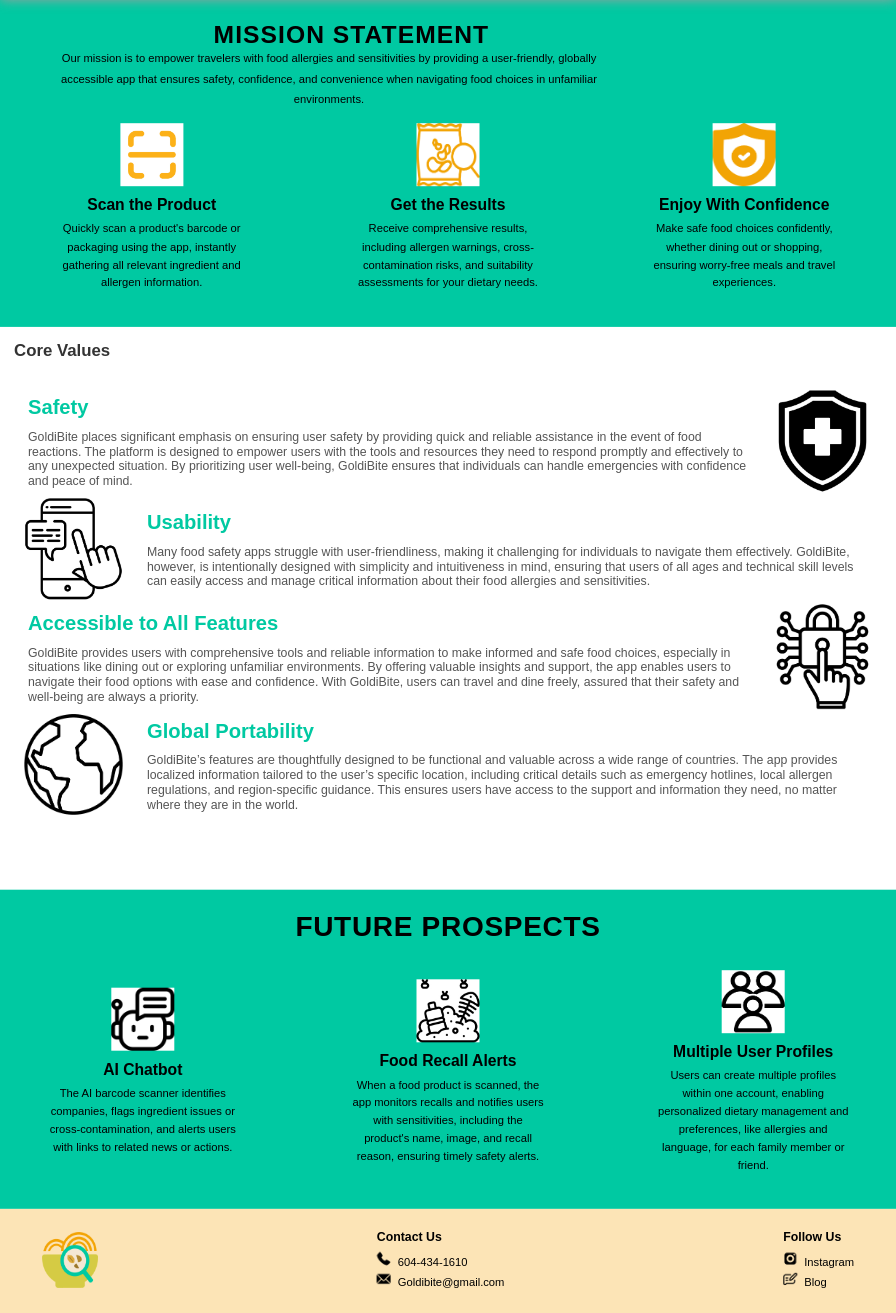
Repository: GavinPahal/landingpage
Page: /
The author's editor kept a copy of each file at every save. The page is drawn from the files as they stood at one save, then again after the next save.
The browser window is 1280 px wide. The pictures show the part of the page from y = 720 to 2596 px (the page is 2596 px tall), at 70% of full size.
The project was rebuilt for these pictures with package versions that can differ from the ones it lists, and the page was loaded fresh each time. The framework's server and built-in components were replaced by stand-ins that run in the browser. Also part of the build but not shown: next.config.mjs.

Above is the page before, as saved 2024-11-30 20:44:25.

### pages/_app.js
// pages/_app.js
import "@/styles/globals.css"; // Import the global CSS file

function MyApp({ Component, pageProps }) {
  return <Component {...pageProps} />;
}

export default MyApp;

### pages/index.js
// pages/index.js
import Hero from "../components/Hero";
import Features from "../components/Features";
import Footer from "../components/Footer";
import Product from "../components/Product"
import Value from "../components/Value"

export default function Home() {
  return (
    <div>
      <Hero />
      <Features />
      <Value />
      <Product />
      <Footer />
    </div>
  );
}

### styles/globals.css
/* Global Styles */
* {
  margin: 0;
  padding: 0;
  box-sizing: border-box;
}

body {
  font-family: Arial, sans-serif;
  color: #333;
  overflow-x: hidden; /* Prevent horizontal overflow */
}

/* Hero Section */
.hero {
  display: flex;
  position: relative;
  height: 100vh;
  width: 100%;
  background-color: #2d2d2d;
}

.imageWrapper {
  position: relative;
  width: 100%;
  height: 100%;
}

.imageContainer {
  position: absolute;
  top: 0;
  left: 0;
  width: 100%;
  height: 100%;
  filter: blur(8px);
  object-fit: cover;
}

.overlay {
  position: absolute;
  top: 0;
  left: 0;
  width: 100%;
  height: 100%;
  background: rgba(0, 0, 0, 0.7);
  color: white;
  display: flex;
  flex-direction: column;
  justify-content: center;
  align-items: flex-start;
  padding: 60px 40px;
  text-align: left;
  z-index: 1;
}

.heroTitle {
  display: flex;
  align-items: center;
  margin-bottom: 40px;
}

.heroTitle img {
  margin-right: 20px;
  margin-top: 20px;
}

.heroTitle h1 {
  font-size: 2rem;
  font-weight: bold;
  color: #ffffff;
  text-transform: uppercase;
}

/* Tagline Styles */
.tagline {
  font-size: 5rem;
  font-weight: bold;
  margin-bottom: 0;
  color: #ffffff;
  text-shadow: 3px 3px 5px rgba(0, 0, 0, 0.8);
  line-height: 1.1;
  letter-spacing: 1.5px;
  display: block;
  max-width: 100%;
}

.bestNature,
.appEver {
  display: block;
  font-size: 3rem;
}

/* Subhead Lines */
.subTagline {
  font-size: 1.3rem;
  margin-top: 20px;
  margin-bottom: 40px;
  line-height: 1.6;
  max-width: 600px;
  color: white;
  text-align: center;
}

/* Individual Subhead Classes */
.demoText {
  font-size: 1.4rem;
  color: #ffffff;
  font-weight: 600;
  margin-bottom: 10px;
  display: block;
}

.natureText {
  font-size: 1.2rem;
  color: #ffffff;
  margin-top: 10px;
  font-weight: 400;
  display: block;
  letter-spacing: 0.5px;
  font-style: italic;
  margin-left: 0px;
}

/* CTA Button */
.ctaButton {
  background-color: #00C9A2;
  color: #ffffff;
  padding: 15px 40px;
  font-size: 1.4rem;
  border: none;
  border-radius: 50px;
  margin-top: 60px;
  cursor: pointer;
  transition: background-color 0.3s, transform 0.3s;
  text-decoration: none;
  box-shadow: 0 4px 6px rgba(0, 0, 0, 0.15);
}

.ctaButton:hover {
  background-color: #035343;
  transform: scale(1.05);
}

.ctaButton:focus {
  outline: none;
}

.rightImageWrapper {
  position: absolute;
  left: 62%;
  bottom: 0;
  width: 400px;
  z-index: 2;
  margin-top: 100px;
}

.rightImageContainer img {
  width: 100%;
  border-radius: 8px;
  object-fit: cover;
}

/* Mission Statement Section */
.missionStatement {
  color: rgb(0, 0, 0);
  text-align: center;
  border-radius: 10px;
  max-width: 900px;
}

.missionStatement h1 {
  font-size: 2.2rem;
  margin-left: 4rem;
  font-weight: bold;
  text-transform: uppercase;
  letter-spacing: 1.5px;
}

.missionStatement p {
  font-size: 1rem;
  line-height: 1.8;
  color: #000000;
  max-width: 800px;
  margin: 0 auto;
}

/* Features Section */
.features {
  padding: 30px 20px;
  text-align: center;
  background-color: #00C9A2;
}

.features h2 {
  font-size: 2.5rem;
  font-weight: bold;
  color: #000000;
  margin-bottom: 20px;
  text-transform: uppercase;
  letter-spacing: 1px;
}

.infoCards {
  display: flex;
  flex-wrap: wrap;
  justify-content: space-around;
  gap: 30px;
}

.card {
  text-align: center;
  margin: 0 auto;
  padding: 20px;
}

.card img {
  margin-bottom: 10px;
  width: 90px;
  height: 90px;
  transition: transform 0.3s;
}

.card img:hover {
  transform: scale(1.1);
}

.card h3 {
  font-size: 1.4rem;
  font-weight: 600;
  color: #000000;
  margin-bottom: 8px;
}

.card p {
  font-size: 1rem;
  line-height: 1.6;
  color: #000000;
  max-width: 280px;
  margin: 0 auto;
}

/* Footer Section */
.footer {
  background: #FCE4B6;
  color: rgb(0, 0, 0);
  padding: 30px 20px;
}

.footer-content {
  display: flex;
  justify-content: space-between;
  align-items: center;
  max-width: 1200px;
  margin: 0 auto;
  padding: 0 20px;
}

.footer-contact,
.footer-social {
  text-align: left;
}

.footer-contact h3,
.footer-social h3 {
  font-size: 1.1rem;
  margin-bottom: 10px;
}

.footer-contact p,
.footer-social p {
  font-size: 1rem;
  margin: 5px 0;
}

.footer-contact p a,
.footer-social p a {
  text-decoration: none;
  color: black;
}

.contact-icon,
.social-icon {
  margin-right: 10px;
}

/* Core Values Section */
.coreValues {
  display: flex;
  flex-direction: column;
  gap: 40px; /* Adjusted gap between value cards */
  padding: 20px;
  margin-bottom: 80px;
}

.valueCard {
  display: flex;
  flex-wrap: wrap;
  justify-content: space-between;
  align-items: center;
  gap: 20px;
  margin-bottom: 60px; /* Adjusted margin-bottom */
}

.textContent {
  flex: 1;
  padding: 10px;
}

.textContent h3 {
  color: #00C9A2;
  font-size: 1.8rem;
  margin-bottom: 15px;
}

.textContent p {
  font-size: 1.1rem;
  color: #555;
}

.imageContent img {
  max-width: 220px;
}

/* Responsive Design */
@media (max-width: 1024px) {
  .hero {
    flex-direction: column;
  }

  .imageWrapper {
    width: 100%;
    height: 60%; /* Adjust for smaller screens */
  }

  .overlay {
    padding: 40px 30px;
  }

  .heroTitle h1 {
    font-size: 1.8rem;
  }

  .tagline {
    font-size: 4.5rem;
  }

  .subTagline {
    font-size: 1.2rem;
  }

  .ctaButton {
    font-size: 1.2rem;
    padding: 12px 30px;
  }

  .rightImageWrapper {
    position: absolute;
    left: 50%;
    bottom: 10%;
    width: 70%;
    margin-top: 0;
    transform: translateX(-50%);
  }

  .missionStatement {
    padding: 30px 15px;
  }

  .features h2 {
    font-size: 2.2rem;
  }

  .infoCards {
    flex-direction: column;
    gap: 20px;
  }

  .card img {
    width: 80px;
    height: 80px;
  }

  .coreValues {
    padding: 20px;
  }

  .valueCard {
    flex-direction: column;
  }

  .textContent h3 {
    font-size: 1.6rem;
  }

  .textContent p {
    font-size: 1rem;
  }
}

@media (max-width: 430px) {
  .heroTitle h1 {
    font-size: 1.4rem;
  }

  .tagline {
    font-size: 3rem;
  }

  .ctaButton {
    font-size: 1rem;
    padding: 10px 20px;
  }

  .rightImageWrapper {
    width: 80%;
  }

  .missionStatement {
    padding: 20px;
  }

  .features h2 {
    font-size: 1.8rem;
  }

  .infoCards {
    flex-direction: column;
    gap: 10px;
  }

  .card img {
    width: 70px;
    height: 70px;
  }

  .footer-content {
    flex-direction: column;
    align-items: center;
  }

  .coreValues .valueCard {
    flex-direction: column;
  }

  .textContent h3 {
    font-size: 1.4rem;
  }

  .textContent p {
    font-size: 1rem;
  }
}

### components/Hero.js
import Image from "next/image";

export default function Hero() {
  return (
    <section className="hero">
      <div className="imageWrapper">
        <div className="imageContainer">
          <Image
            src="/images/grocey.jpg"
            alt="Nature Image"
            layout="fill"
            objectFit="cover"
          />
        </div>
        <div className="overlay">
          <div className="heroTitle">
            <Image
              src="/images/logo.webp"
              alt="Goldibite Logo"
              width={50}
              height={50}
            />
            <h1>Goldibite</h1>
          </div>
          <p className="tagline">
            <span className="bestNature">YOUR BUDDY FOR</span>
            <span className="appEver">FOOD SAFETY</span>
          </p>
          <p className="subTagline">
            <span className="demoText">Get a demo and try our new app.</span>
            <span className="natureText">The Right Bite, Every Time</span>
          </p>
          <a href="#demo" className="ctaButton">
            TRY DEMO
          </a>
        </div>
      </div>

      <div className="rightImageWrapper">
        <div className="rightImageContainer">
          <Image
            src="/images/phone.png"
            alt="New Image"
            layout="intrinsic"
            width={500}
            height={500}
          />
        </div>
      </div>
    </section>
  );
}

### components/Features.js
import Image from "next/image";

export default function Features() {
  return (
    <section className="features">
      {/* Mission Statement Section */}
      <section class="missionStatement">
  <h1>Mission Statement</h1>
  <p>
    Our mission is to empower travelers with food allergies and sensitivities by providing a user-friendly, globally accessible app that ensures safety, confidence, and convenience when navigating food choices in unfamiliar environments.
  </p>
</section>


      <div className="infoCards">
        {/* Feature 1 */}
        <div className="card">
          <div className="iconWrapper">
            <Image
              src="/images/iconamoon_scanner (1).jpg"
              alt="Feature 1"
              width={120}
              height={120}
            />
          </div>
          <h3>Scan the Product</h3>
          <p>
            Quickly scan a product's barcode or packaging using the app, instantly gathering all relevant ingredient and allergen information.
          </p>
        </div>
        {/* Feature 2 */}
        <div className="card">
          <div className="iconWrapper">
            <Image
              src="/images/magnifying.jpg"
              alt="Feature 2"
              width={120}
              height={120}
            />
          </div>
          <h3>Get the Results</h3>
          <p>
            Receive comprehensive results, including allergen warnings, cross-contamination risks, and suitability assessments for your dietary needs.
          </p>
        </div>
        {/* Feature 3 */}
        <div className="card">
          <div className="iconWrapper">
            <Image
              src="/images/Confident.jpg"
              alt="Feature 3"
              width={120}
              height={120}
            />
          </div>
          <h3>Enjoy With Confidence</h3>
          <p>
            Make safe food choices confidently, whether dining out or shopping, ensuring worry-free meals and travel experiences.
          </p>
        </div>
      </div>
    </section>
  );
}

### components/Footer.js
import React from "react";
import Image from "next/image";

export default function Footer() {
  return (
    <footer className="footer">
      <div className="footer-content">
        <div className="footer-logo">
          <a href="#" aria-label="Goldibite Home">
            <Image
              src="/images/logo.webp"
              alt="Goldibite Logo"
              width={80}
              height={80}
            />
          </a>
        </div>
        <div className="footer-contact">
          <h3>Contact Us</h3>
          <p>
            <a href="tel:6044341610" aria-label="Call Goldibite">
              <Image
                src="/images/phone-call.png"
                alt="Phone Icon"
                width={20}
                height={20}
                className="contact-icon"
              />
              604-434-1610
            </a>
          </p>
          <p>
            <a href="mailto:Goldibite@gmail.com" aria-label="Email Goldibite">
              <Image
                src="/images/email.png"
                alt="Email Icon"
                width={20}
                height={20}
                className="contact-icon"
              />
              Goldibite@gmail.com
            </a>
          </p>
        </div>
        <div className="footer-social">
          <h3>Follow Us</h3>
          <p>
            <a
              href="https://www.instagram.com"
              target="_blank"
              rel="noopener noreferrer"
              aria-label="Goldibite Instagram"
            >
              <Image
                src="/images/social-media.png"
                alt="Instagram Icon"
                width={20}
                height={20}
                className="social-icon"
              />
              Instagram
            </a>
          </p>
          <p>
            <a href="/blog" aria-label="Goldibite Blog">
              <Image
                src="/images/blog.png"
                alt="Blog Icon"
                width={20}
                height={20}
                className="social-icon"
              />
              Blog
            </a>
          </p>
        </div>
      </div>
    </footer>
  );
}

### components/Product.js
import Image from "next/image";

export default function Features() {
  return (
    <section className="features">
      <h2>Future Prospects</h2>
      <div
        className="infoCards"
        style={{ gap: "20px", display: "flex", alignItems: "center" }}
      >
        <div className="card" style={{ margin: "0 10px" }}>
          <Image
            src="/images/chatbot.jpg"
            alt="Feature 1"
            width={125}
            height={125}
          />
          <h3>AI Chatbot</h3>
          <p>
            The AI barcode scanner identifies companies, flags ingredient issues
            or cross-contamination, and alerts users with links to related news
            or actions.
          </p>
        </div>

        {/* Arrow */}
        <div className="arrow"></div>

        <div className="card" style={{ margin: "0 10px" }}>
          <Image
            src="/images/trash.jpg"
            alt="Feature 2"
            width={125}
            height={125}
          />
          <h3>Food Recall Alerts</h3>
          <p>
            When a food product is scanned, the app monitors recalls and
            notifies users with sensitivities, including the product's name,
            image, and recall reason, ensuring timely safety alerts.
          </p>
        </div>

        {/* Arrow */}
        <div className="arrow"></div>

        <div className="card" style={{ margin: "0 10px" }}>
          <Image
            src="/images/profile 1.jpg"
            alt="Feature 3"
            width={125}
            height={125}
          />
          <h3>Multiple User Profiles</h3>
          <p>
            Users can create multiple profiles within one account, enabling
            personalized dietary management and preferences, like allergies and
            language, for each family member or friend.
          </p>
        </div>
      </div>
    </section>
  );
}

### components/Value.js
import Image from "next/image";

export default function Features() {
  return (
    <section className="coreValues">
      <div className="coreMission">
        <h1>Core Values</h1>
      </div>

      <div className="valueCards">
        <div className="valueCard" style={{ margin: "0 10px" }}>
          <div className="textContent">
            <h3>Safety</h3>
            <p>
              GoldiBite places significant emphasis on ensuring user safety by providing quick and reliable assistance in the event of food reactions. The platform is designed to empower users with the tools and resources they need to respond promptly and effectively to any unexpected situation. By prioritizing user well-being, GoldiBite ensures that individuals can handle emergencies with confidence and peace of mind.
            </p>
          </div>
          <div className="imageContent">
            <Image
              src="/images/health-insurance.jpg"
              alt="Feature 1"
              width={150}
              height={150}
            />
          </div>
        </div>

        {/* Usability */}
        <div className="valueCard reverseCard" style={{ margin: "0 10px" }}>
          <div className="imageContent">
            <Image
              src="/images/smartphone 1.jpg"
              alt="Feature 2"
              width={150}
              height={150}
            />
          </div>
          <div className="textContent">
            <h3>Usability</h3>
            <p>
              Many food safety apps struggle with user-friendliness, making it challenging for individuals to navigate them effectively. GoldiBite, however, is intentionally designed with simplicity and intuitiveness in mind, ensuring that users of all ages and technical skill levels can easily access and manage critical information about their food allergies and sensitivities.
            </p>
          </div>
        </div>

        {/* Accessible Features */}
        <div className="valueCard" style={{ margin: "0 10px" }}>
          <div className="textContent">
            <h3>Accessible to All Features</h3>
            <p>
              GoldiBite provides users with comprehensive tools and reliable information to make informed and safe food choices, especially in situations like dining out or exploring unfamiliar environments. By offering valuable insights and support, the app enables users to navigate their food options with ease and confidence. With GoldiBite, users can travel and dine freely, assured that their safety and well-being are always a priority.
            </p>
          </div>
          <div className="imageContent">
            <Image
              src="/images/access-control.jpg"
              alt="Feature 3"
              width={150}
              height={150}
            />
          </div>
        </div>

        {/* Global Portability */}
        <div className="valueCard reverseCard" style={{ margin: "0 10px" }}>
          <div className="imageContent">
            <Image
              src="/images/global.jpg"
              alt="Feature 4"
              width={150}
              height={150}
            />
          </div>
          <div className="textContent">
            <h3>Global Portability</h3>
            <p>
              GoldiBite’s features are thoughtfully designed to be functional and valuable across a wide range of countries. The app provides localized information tailored to the user’s specific location, including critical details such as emergency hotlines, local allergen regulations, and region-specific guidance. This ensures users have access to the support and information they need, no matter where they are in the world.
            </p>
          </div>
        </div>
      </div>
    </section>
  );
}

Loaded but not shown: pages/_document.js (common file)

After the next save:
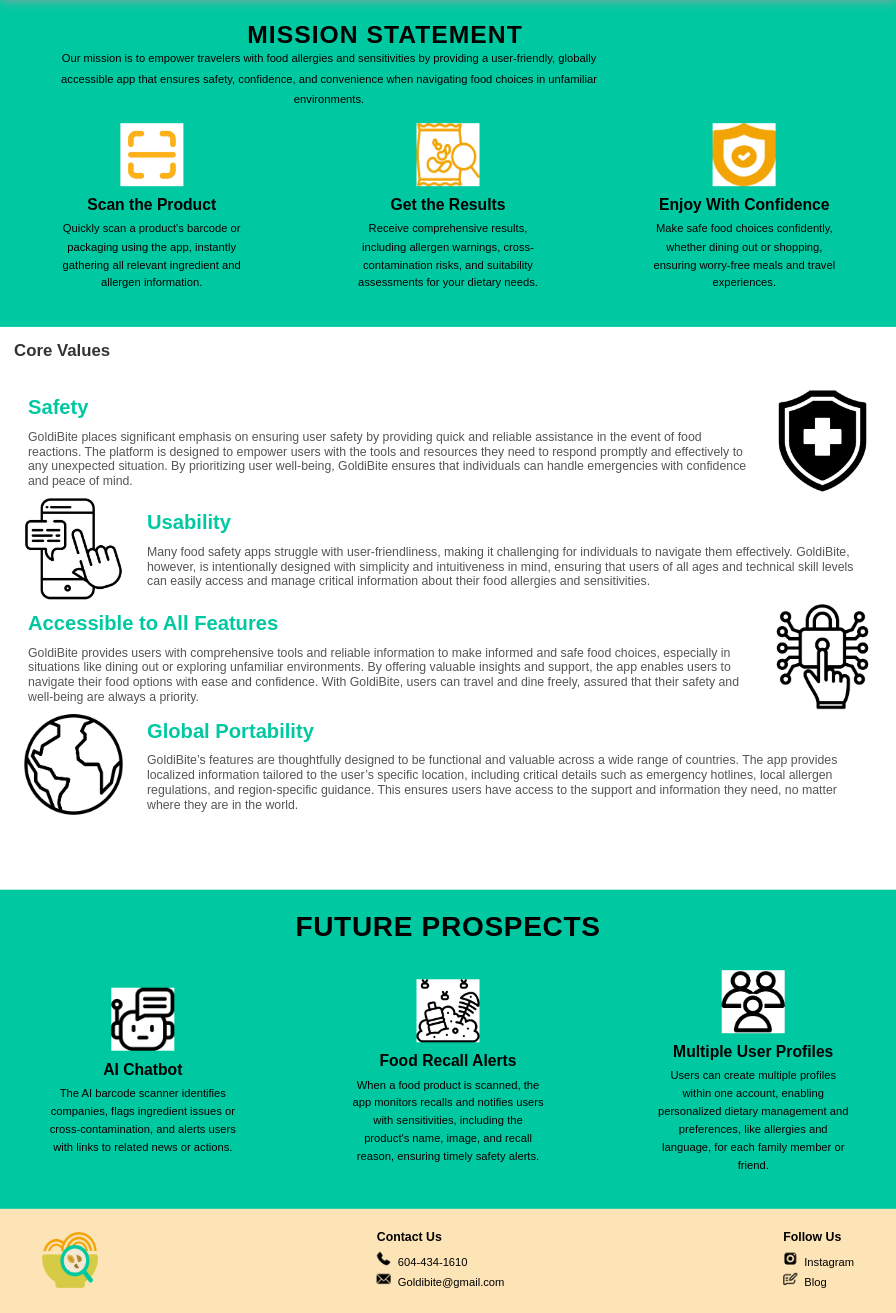
Saved 16 s later.
--- a/styles/globals.css
+++ b/styles/globals.css
@@ -170,7 +170,7 @@
 
 .missionStatement h1 {
   font-size: 2.2rem;
-  margin-left: 4rem;
+  margin-left: 10rem;
   font-weight: bold;
   text-transform: uppercase;
   letter-spacing: 1.5px;
